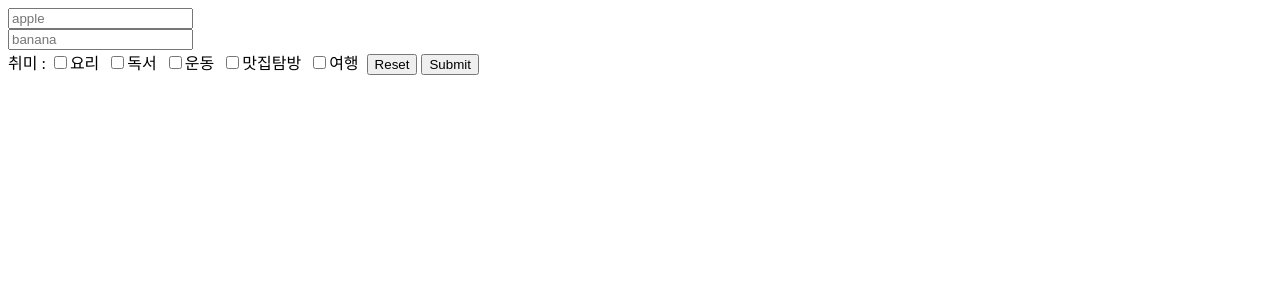
Repository: eun-chongzzz/jsp_practice
Page: http://localhost/JSPBasic/jspObject/1.requests/req_param_send.jsp
An editor plug-in stored every save of this project. The page is shown before and after the next save, followed by the edit.
The browser window is 1280 px wide. The pictures show the whole page.
The page is served by Tomcat 9.

Above is the page before, as saved 2022-02-03 06:13:55.

### JSPBasic/src/main/webapp/jspObject/1.requests/req_param_send.jsp
<%@ page language="java" contentType="text/html; charset=UTF-8"
    pageEncoding="UTF-8"%>
<!DOCTYPE html>
<html>
<head>
<meta charset="UTF-8">
<title>Insert title here</title>
</head>
<body>
<%-- 아래에 form을 만들고 내부에 input 4개를 만들어주세요.
input태그의 type속성은 하나는 text, 하나는 password
name속성은 하나는 apple, 하나는 banana로 해주세요.
reset버튼과 submit 버튼도 각각 하나씩 만들어주세요.

form의 action이 바로 목적지를 적는 부분임.
웹개발에서는 받을 페이지 화면의 주소를 적어줍니다. --%>

	<form action="req_param_getpost.jsp" method="get">
		<input type="text" name="apple" placeholder="apple"/><br/>
		<input type="text" name="banana" placeholder="banana"/><br/>

		취미 :
		<input type="checkbox" name="hobby">요리&nbsp;
		<input type="checkbox" name="hobby">독서&nbsp;
		<input type="checkbox" name="hobby">운동&nbsp;
		<input type="checkbox" name="hobby">맛집탐방&nbsp;
		<input type="checkbox" name="hobby">여행&nbsp;

		<input type="reset"/>
		<input type="submit"/>
	</form>
</body>
</html>

After the next save:
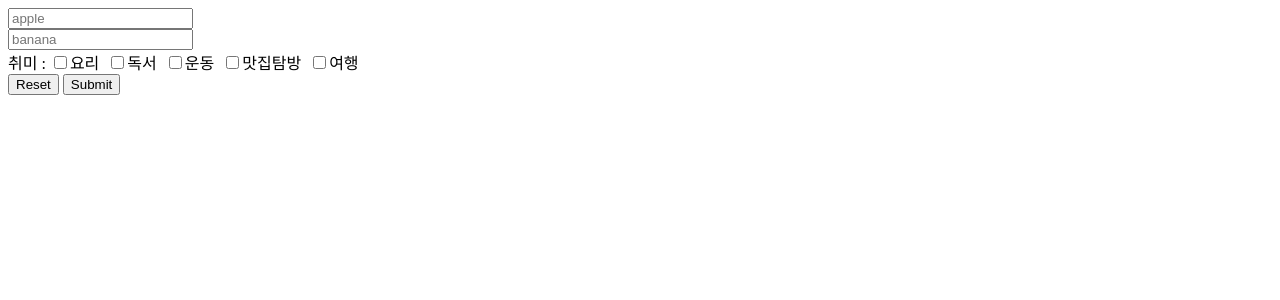
Saved 19 s later.
--- a/JSPBasic/src/main/webapp/jspObject/1.requests/req_param_send.jsp
+++ b/JSPBasic/src/main/webapp/jspObject/1.requests/req_param_send.jsp
@@ -24,7 +24,7 @@ form의 action이 바로 목적지를 적는 부분임.
 		<input type="checkbox" name="hobby">독서&nbsp;
 		<input type="checkbox" name="hobby">운동&nbsp;
 		<input type="checkbox" name="hobby">맛집탐방&nbsp;
-		<input type="checkbox" name="hobby">여행&nbsp;
+		<input type="checkbox" name="hobby">여행&nbsp; <br>
 
 		<input type="reset"/>
 		<input type="submit"/>
